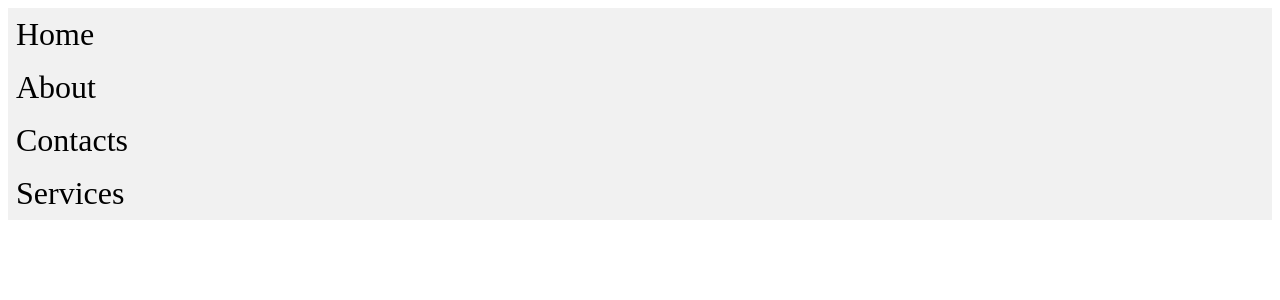
Repository: ramtoppo12/NavBar-Using-FlexBox
Page: index.html
An editor plug-in stored every save of this project. The page is shown before and after a run of saves, followed by the edit.
The browser window is 1280 px wide. The pictures show the whole page.
The pointer rests on the first visible `nav ul li`.

Above is the page before, as saved 2020-12-12 23:16:29.

### index.html
<!DOCTYPE html>
<html lang="en">
<head>
    <meta charset="UTF-8">
    <meta name="viewport" content="width=device-width, initial-scale=1.0">
    <title>Navbar using flex box</title>
    <link rel="stylesheet" href="style.css">
</head>
<body>
    <nav>
        <ul>
            <li>Home</li>
            <li>About</li>
            <li>Contacts</li>
            <li>Services</li>
        </ul>
    </nav>
</body>
</html>

### style.css
nav {
  font-size: 2rem;
  background-color: #f1f1f1;
}
nav ul {
  list-style: none;
  margin: 0;
  padding: 0;
}
nav ul li {
  cursor: pointer;
  padding: 0.5rem;
}

After the next 2 saves:
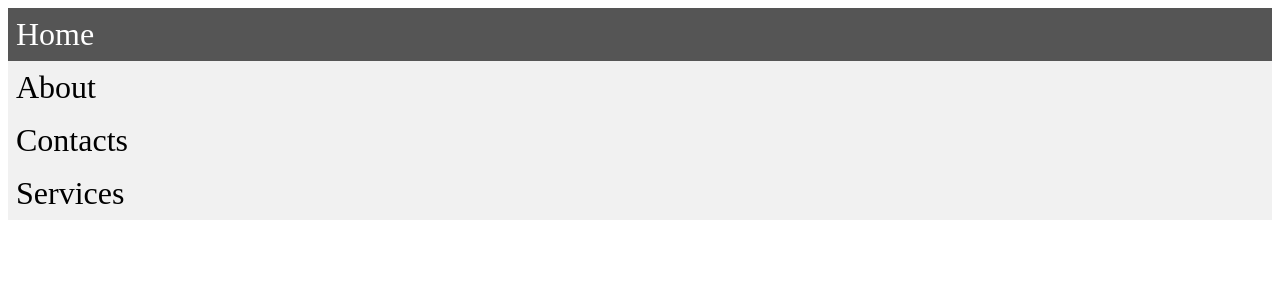
The 2 saves are shown as one change because they came seconds apart.
The last was saved 24 s later.
--- a/style.css
+++ b/style.css
@@ -11,3 +11,7 @@ nav ul li {
   cursor: pointer;
   padding: 0.5rem;
 }
+nav ul li:hover {
+  background-color: #555;
+  color: #fff;
+}
